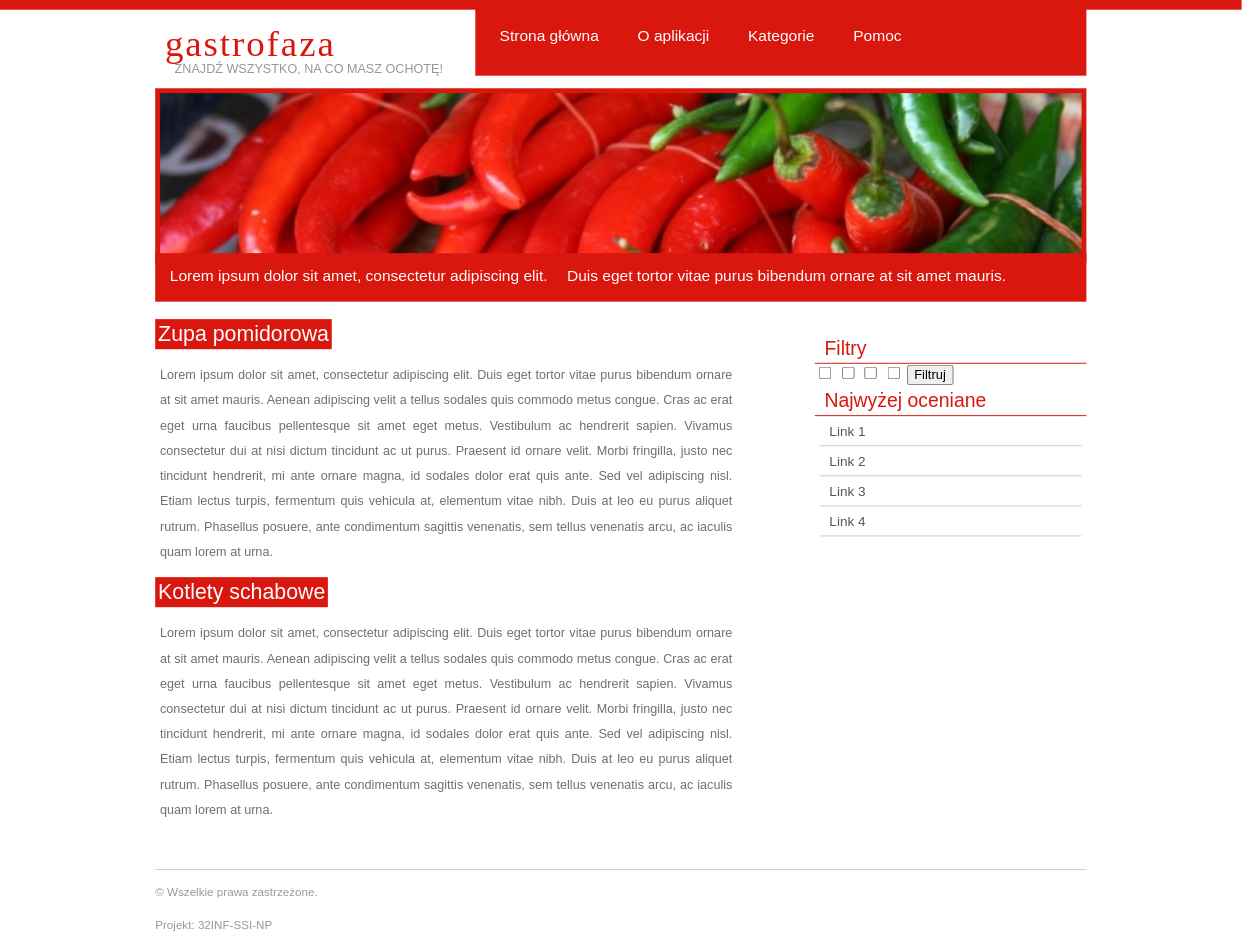
Repository: Michals1988/GroupProject
Page: index.html
These files come from the project's save history. The page is drawn as it stood at one moment and after the next save; the edit follows.
The browser window is 1280 px wide. The pictures show the whole page, at 97% of full size.

Above is the page before, as saved 2020-10-25 17:22:23.

After the next save:
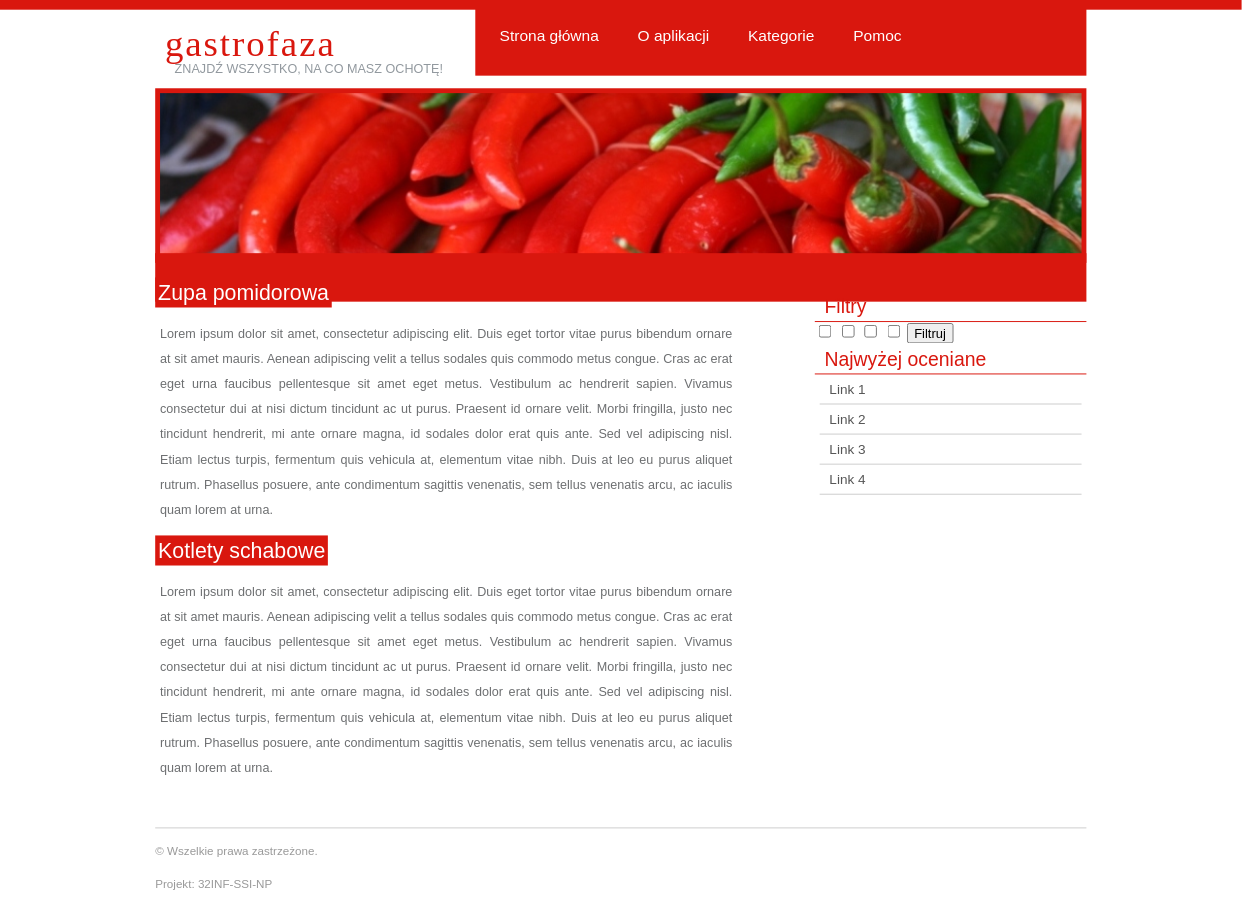
Saved 24 s later.
--- a/index.html
+++ b/index.html
@@ -34,10 +34,6 @@
             <img src="images/header.jpg" />
         </div>
         <div id="menu_top">
-            <ul>
-                <li><a href="#">Lorem ipsum dolor sit amet, consectetur adipiscing elit.</a></li>
-                <li><a href="#">Duis eget tortor vitae purus bibendum ornare at sit amet mauris.</a></li>
-            </ul>
             <div id="container">
                 <div id="content">
                     <span class="content_title">Zupa pomidorowa</span>
